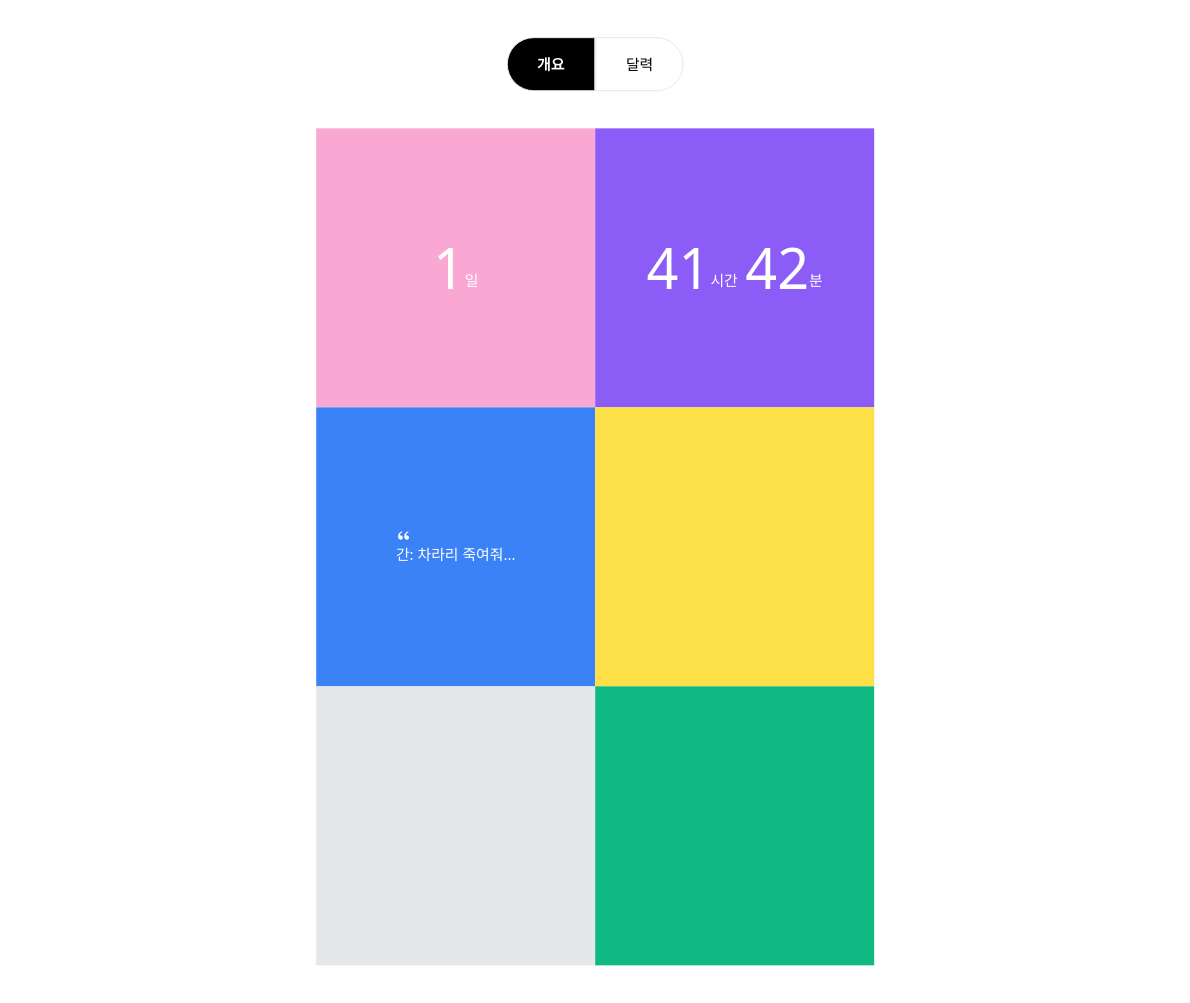
Repository: honey-punch/my-alcohol
Page: /
The author's editor kept a copy of each file at every save. The page is drawn from the files as they stood at one save, then again after the next save.
The browser window is 1280 px wide. The pictures show the whole page, at 93% of full size.
The project was rebuilt for these pictures with package versions that can differ from the ones it lists, and the page was loaded fresh each time. The framework's server and built-in components were replaced by stand-ins that run in the browser. Also part of the build but not shown: next.config.ts, src/app/_component/Calendar.tsx.

Above is the page before, as saved 2025-02-10 16:09:31.

After the next save:
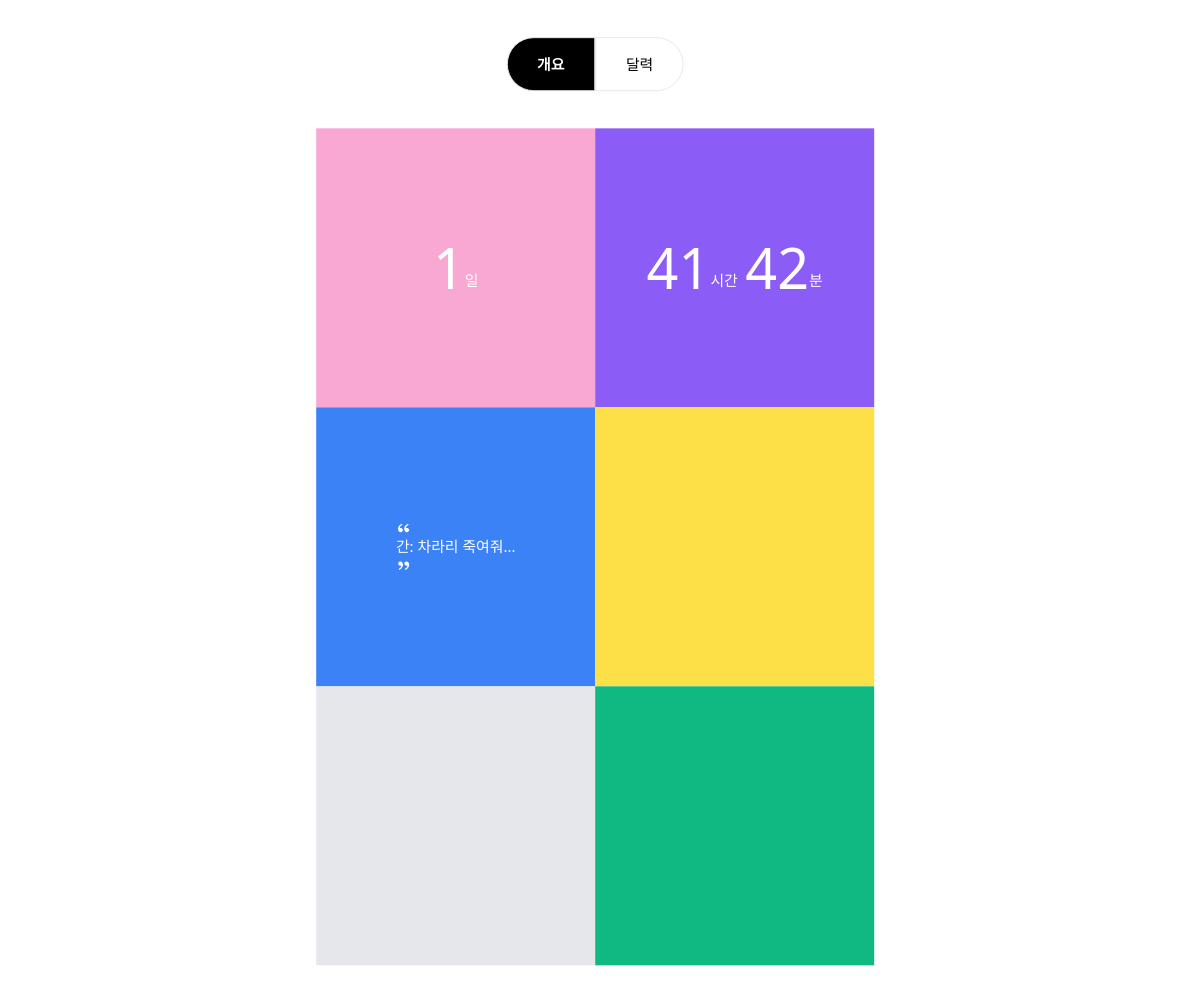
Saved 10 s later.
--- a/src/app/_component/Summary.tsx
+++ b/src/app/_component/Summary.tsx
@@ -58,6 +58,9 @@ export default function Summary() {
             <RiDoubleQuotesL />
           </div>
           {randomWiseSaying}
+          <div>
+            <RiDoubleQuotesR />
+          </div>
         </div>
       </div>
       <div
